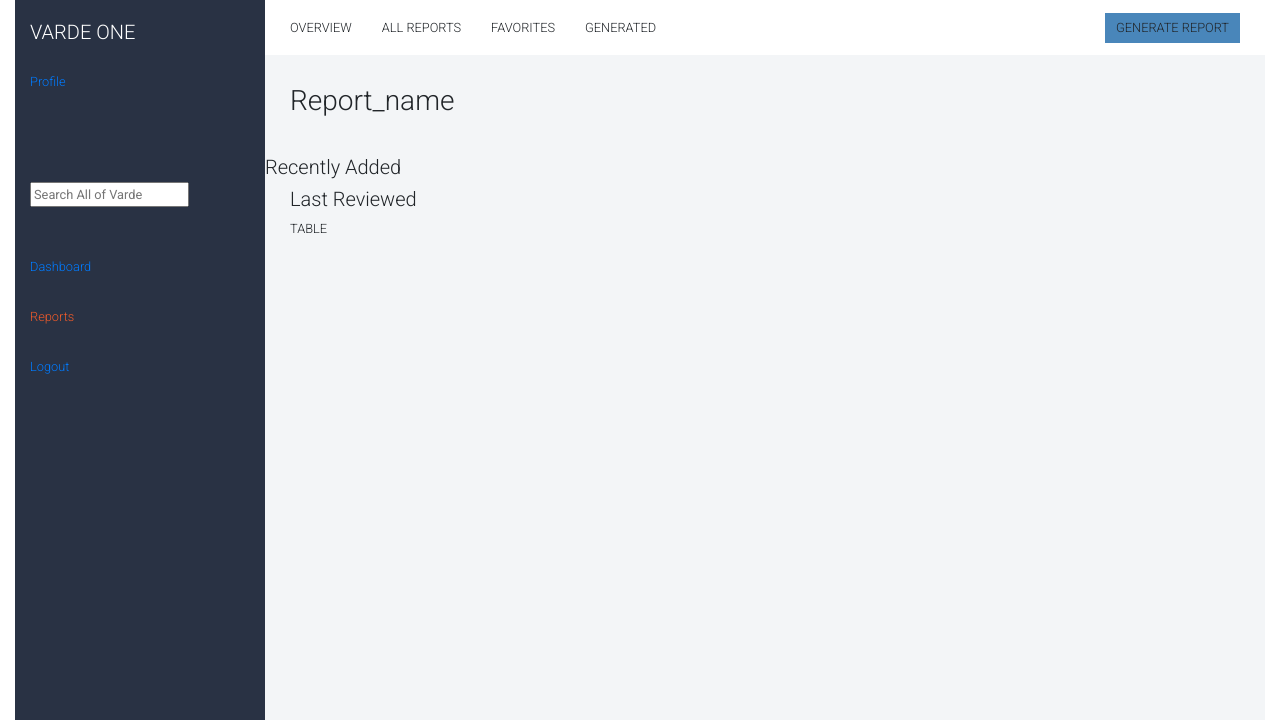
Repository: slavishtipkov/cra-redux
Page: /reports
An editor plug-in stored every save of this project. The page is shown before and after the next save, followed by the edit.
The browser window is 1280 px wide. The pictures show the whole page.
The project was rebuilt for these pictures with package versions that can differ from the ones it lists, and the page was loaded fresh each time. Also part of the build but not shown: src/Containers/Reports/reports.scss.

Above is the page before, as saved 2019-07-09 14:17:44.

After the next save:
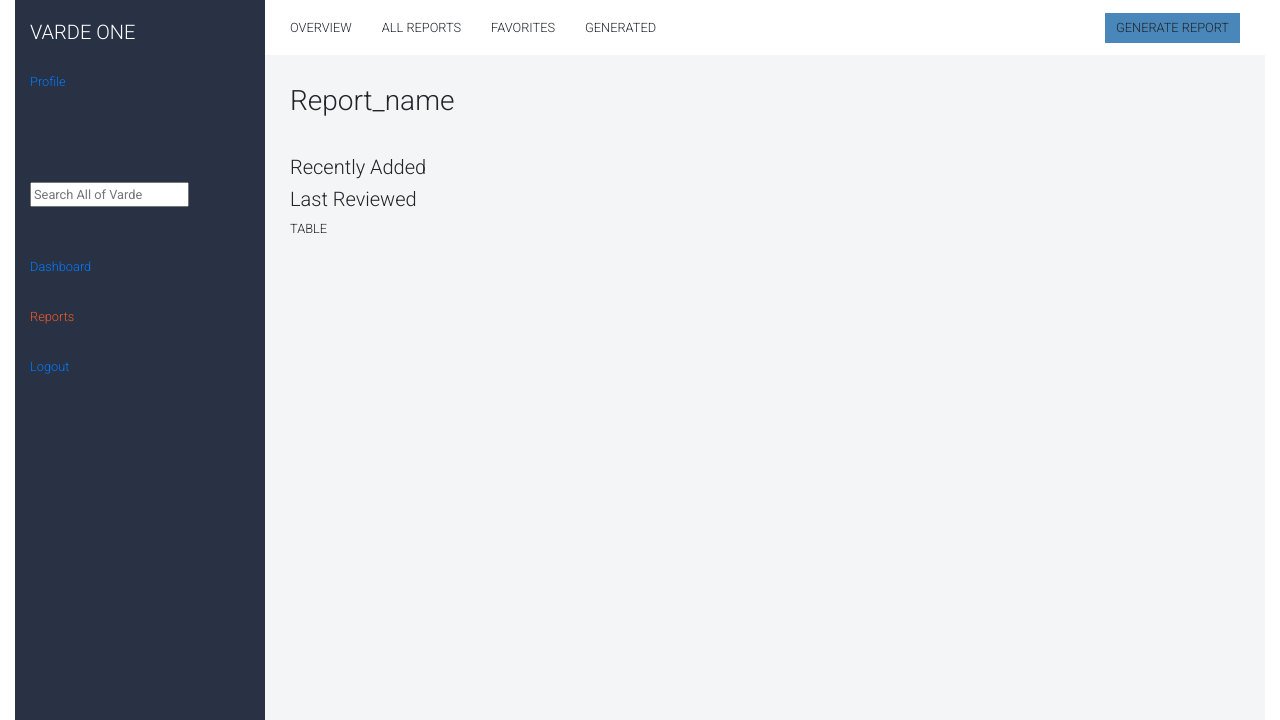
Saved 20 s later.
--- a/src/Components/App/App.scss
+++ b/src/Components/App/App.scss
@@ -59,6 +59,9 @@
         align-items: center;
         padding-left: 25px;
       }
+      .page-header-content {
+        padding-left: 25px;
+      }
     }
 
     .page-content {
